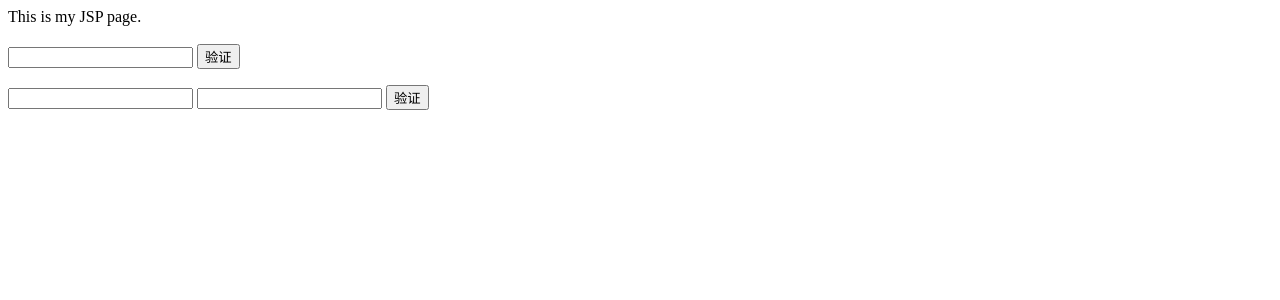
Repository: ruanhuabin/IntelliEyeShade
Page: http://localhost/IntelliEyeShade/users/users_verify.jsp
These files come from the project's save history. The page is drawn as it stood at one moment and after the next save; the edit follows.
The browser window is 1280 px wide. The pictures show the whole page.
The page is served by Tomcat 9. Nobody is signed in. The application's start-up code is not run. Other server files are loaded and not shown.

Above is the page before, as saved 2016-12-14 03:49:43.

### IntelliEyeShade/WebRoot/users/users_verify.jsp
<%@ page language="java" import="java.util.*" pageEncoding="utf-8"%>
<%
String path = request.getContextPath();
String basePath = request.getScheme()+"://"+request.getServerName()+":"+request.getServerPort()+path+"/";
%>

<!DOCTYPE HTML PUBLIC "-//W3C//DTD HTML 4.01 Transitional//EN">
<html>
  <head>
    <base href="<%=basePath%>">

    <title>My JSP 'upload.jsp' starting page</title>

	<meta http-equiv="pragma" content="no-cache">
	<meta http-equiv="cache-control" content="no-cache">
	<meta http-equiv="expires" content="0">
	<meta http-equiv="keywords" content="keyword1,keyword2,keyword3">
	<meta http-equiv="description" content="This is my page">
	<!--
	<link rel="stylesheet" type="text/css" href="styles.css">
	-->

  </head>

  <body>
    This is my JSP page. <br>
    <br>
  <form action="users/Users_verifyUser.action" method="post">
  <input type="text" name="phoneNum"/>
  <input type="submit" value="验证"/>
  </form>




  <form action="users/Users_uploadUserInfo.action" method="post">
  <input type="text" name="UserID"/>
  <input type="text" name="UserName"/>
  <input type="submit" value="验证"/>
  </form>


  </body>
</html>

After the next save:
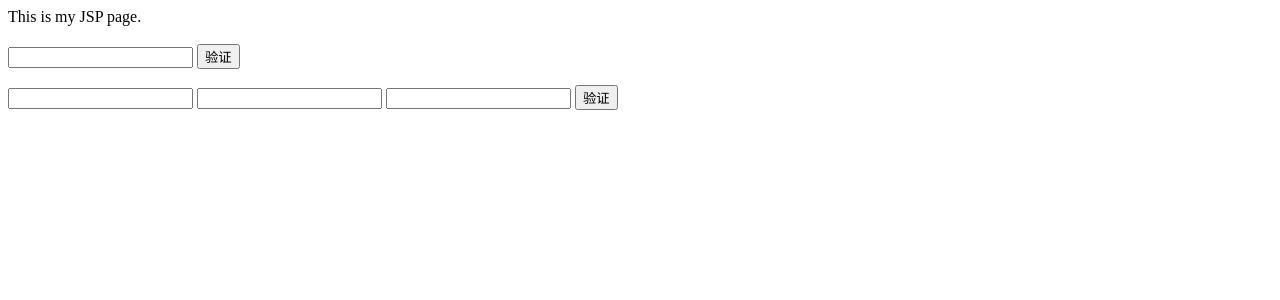
Saved 9 s later.
--- a/IntelliEyeShade/WebRoot/users/users_verify.jsp
+++ b/IntelliEyeShade/WebRoot/users/users_verify.jsp
@@ -36,6 +36,7 @@ String basePath = request.getScheme()+"://"+request.getServerName()+":"+request.
   <form action="users/Users_uploadUserInfo.action" method="post">
   <input type="text" name="UserID"/>
   <input type="text" name="UserName"/>
+  <input type="text" name="UserAge"/>
   <input type="submit" value="验证"/>
   </form>
 
